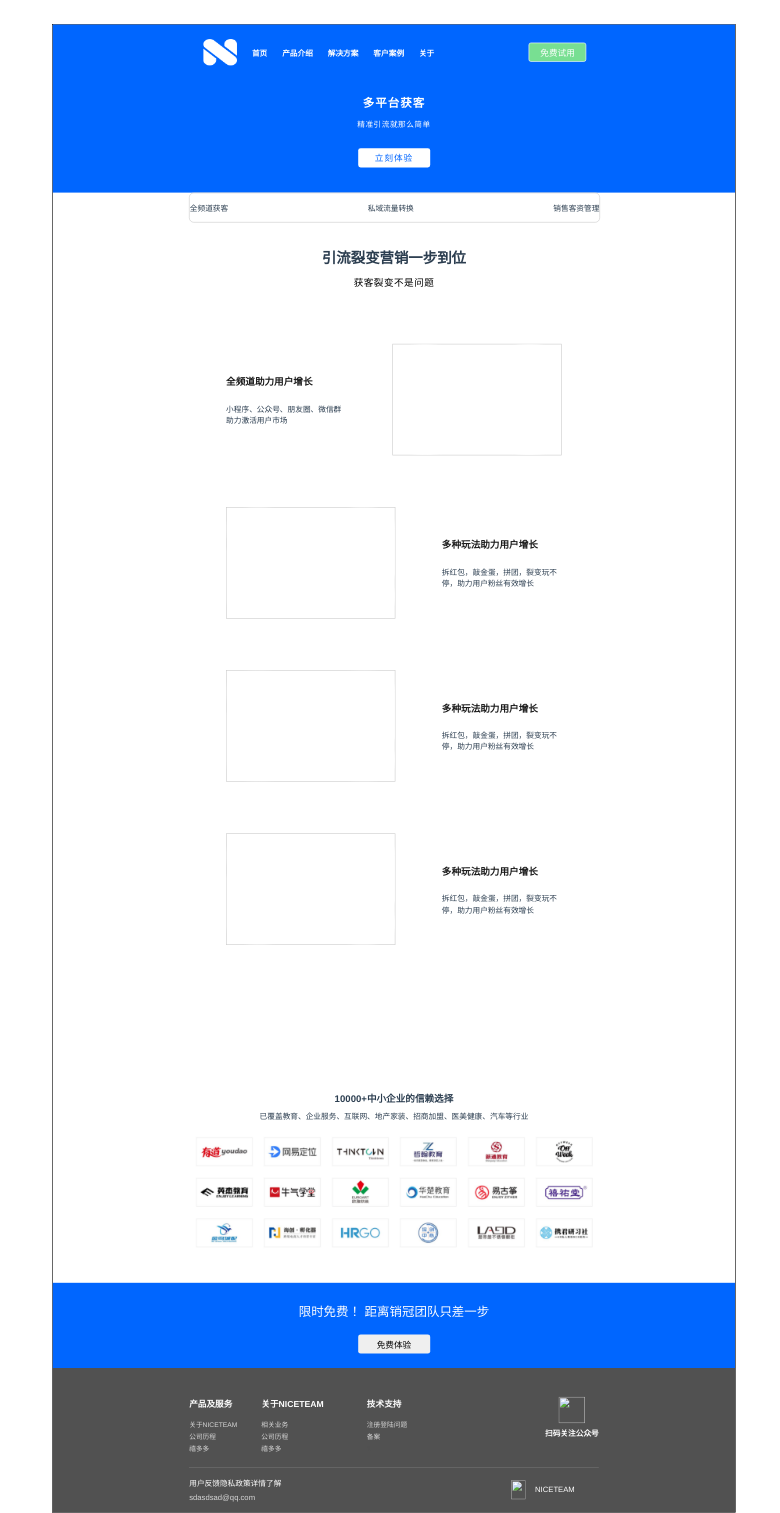
Repository: Alex-2020-0211/xrkj-guanwang
Page: /#/productintroduction (app in src/)
The author's editor kept a copy of each file at every save. The page is drawn from the files as they stood at one save, then again after the next save.
The browser window is 1280 px wide. The page is 1300 px wide, so the pictures cover 1300 px, including what lies to the right of the window. The pictures show the whole page, at 60% of full size.
The project was rebuilt for these pictures with package versions that can differ from the ones it lists, and the page was loaded fresh each time. Also part of the build but not shown: src/src/components/Header.vue, src/src/views/Home.vue.

Above is the page before, as saved 2021-01-07 18:12:32.

### src/public/index.html
<!DOCTYPE html>
<html lang="en">
  <head>
    <meta charset="utf-8">
    <meta http-equiv="X-UA-Compatible" content="IE=edge">
    <meta name="viewport" content="width=device-width,initial-scale=1.0">
    <link rel="icon" href="<%= BASE_URL %>favicon.ico">
    <title><%= htmlWebpackPlugin.options.title %></title>
  </head>
  <body>
    <noscript>
      <strong>We're sorry but <%= htmlWebpackPlugin.options.title %> doesn't work properly without JavaScript enabled. Please enable it to continue.</strong>
    </noscript>
    <div id="app"></div>
    <!-- built files will be auto injected -->
  </body>
  <script>
    (function(){
      var html = document.documentElement;
      function onWindowResize(){
        html.style.fontSize = html.getBoundingClientRect().width / 16 + 'px';
      }
      window.addEventListener('resize',onWindowResize);
      onWindowResize();
    })();
  </script>
</html>

### src/src/main.js
import Vue from 'vue'
import { Image, Carousel, CarouselItem, Popover, Button } from 'element-ui'
import App from './App.vue'
import router from './router'
import store from './store'

import "../src/assets/css/reset.css"

Vue.use( Image )
Vue.use( Carousel )
Vue.use( CarouselItem )
Vue.use( Popover )
Vue.use( Button )

Vue.config.productionTip = false

new Vue({
  router,
  store,
  render: h => h(App)
}).$mount('#app')

### src/src/App.vue
<template>
  <div id="app" v-cloak>
    <router-view />
  </div>
</template>

<style lang="scss">
[v-cloak] {
  display: none !important;
}
html {
  width: 100%;
  height: 100%;
}
body {
  width: 100%;
  height: 100%;
}
#app {
  font-family: Avenir, Helvetica, Arial, sans-serif;
  -webkit-font-smoothing: antialiased;
  -moz-osx-font-smoothing: grayscale;
  text-align: center;
  color: #2c3e50;
  width: 100%;
  height: 100%;
}
</style>

### src/src/router/index.js
import Vue from 'vue'
import VueRouter from 'vue-router'
import Home from '../views/Home.vue'

Vue.use(VueRouter)

const routes = [{
    path: '/',
    name: 'Home',
    component: Home
  },
  {
    path: '/productintroduction',
    name: 'ProductIntroduction',
    component: () => import( /* webpackChunkName: "about" */ '../views/ProductIntroduction.vue')
  },
  {
    path: '/solutions',
    name: 'Solutions',
    component: () => import( /* webpackChunkName: "about" */ '../views/solutions/Solutions.vue'),
  },
  {
    path: '/getcustomer', //以“/”开头的嵌套路径会被当作根路径，所以子路由上不用加“/”;在生成路由时，主路由上的path会被自动添加到子路由之前，所以子路由上的path不用在重新声明主路由上的path了。
    name: 'GetCustomer',
    component: () => import( /* webpackChunkName: "about" */ '../views/solutions/GetCustomer.vue')
  },
  // {
  //   path: '/connect',
  //   name: 'Connect',
  //   component: () => import( /* webpackChunkName: "about" */ '../views/solutions/Connect.vue')
  // },
  {
    path: '/transform',
    name: 'Transform',
    component: () => import( /* webpackChunkName: "about" */ '../views/solutions/Transform.vue')
  },
  {
    path: '/manage',
    name: 'Manage',
    component: () => import( /* webpackChunkName: "about" */ '../views/solutions/Manage.vue')
  },
  {
    path: '/customercase',
    name: 'CustomerCase',
    component: () => import( /* webpackChunkName: "about" */ '../views/CustomerCase.vue')
  },
  {
    path: '/aboutus',
    name: 'AboutUs',
    component: () => import( /* webpackChunkName: "about" */ '../views/AboutUs.vue')
  },
  {
    path: '*',
    name: 'NotFound',
    component: () => import( /* webpackChunkName: "about" */ '../views/NotFound.vue')
  },
]

const router = new VueRouter({
  routes
})

export default router

### src/src/assets/css/reset.css
html {
    overflow-x: auto;
    overflow-y: scroll;
}

body,
dl,
dt,
dd,
ul,
ol,
li,
pre,
form,
fieldset,
input,
p,
blockquote,
th,
td {
    font-weight: 400;
    margin: 0;
    padding: 0;
}

h1,
h2,
h3,
h4,
h4,
h5 {
    margin: 0;
    padding: 0;
}

body {
    background-color: #FFFFFF;
    color: #666666;
    font-family: Helvetica, Arial, sans-serif;
    font-size: 12px;
    padding: 0 10px;
    text-align: left;
}

select {
    font-size: 12px;
}

table {
    border-collapse: collapse;
}

fieldset,
img {
    border: 0 none;
}

fieldset {
    margin: 0;
    padding: 0;
}

fieldset p {
    margin: 0;
    padding: 0 0 0 8px;
}

legend {
    display: none;
}

address,
caption,
em,
strong,
th,
i {
    font-style: normal;
    font-weight: 400;
}

table caption {
    margin-left: -1px;
}

hr {
    border-bottom: 1px solid #FFFFFF;
    border-top: 1px solid #E4E4E4;
    border-width: 1px 0;
    clear: both;
    height: 2px;
    margin: 5px 0;
    overflow: hidden;
}

ol,
ul {
    list-style-image: none;
    list-style-position: outside;
    list-style-type: none;
}

caption,
th {
    text-align: left;
}

q:before,
q:after,
blockquote:before,
blockquote:after {
    content: ””;
}

### src/src/views/ProductIntroduction.vue
<template>
  <div class="productintroduction">
    <div class="border">
      <!-- 头部 -->
      <div class="header">
        <div class="headerTop">
          <p class="bar">
            <img class="logo" src="../assets/img/logo.png" alt />
            <a href="http://localhost:8080/#/">首页</a>
            <a href="http://localhost:8080/#/productintroduction">产品介绍</a>
            <a href="http://localhost:8080/#/solutions">解决方案</a>
            <a href="http://localhost:8080/#/customercase">客户案例</a>
            <a href="http://localhost:8080/#/aboutus">关于</a>
          </p>
          <button class="mianfei">免费试用</button>
        </div>
        <div class="headerMain">
          <div class="theme">
            <dl>
              <dt>多平台获客</dt>
              <dd>精准引流就那么简单</dd>
            </dl>
            <button class="knowMore" @click="goAbout()">立刻体验</button>
          </div>
        </div>
      </div>
      <!-- 导航 -->
      <div class="nav">
        <div class="nav-item">
          <p class="nav-circle"></p>
          <span>全频道获客</span>
        </div>
        <div class="nav-item">
          <p class="nav-circle"></p>
          <span>私域流量转换</span>
        </div>
        <div class="nav-item">
          <p class="nav-circle"></p>
          <span>销售客资管理</span>
        </div>
      </div>
      <!-- OneStop -->
      <div class="oneStop">
        <div class="top">
          <h5>引流裂变营销一步到位</h5>
          <p class="question">
            获客裂变不是问题
          </p>
          <div class="case">
            <dl>
              <dt>全频道助力用户增长</dt>
              <dd>小程序、公众号、朋友圈、微信群助力激活用户市场</dd>
            </dl>
            <img src="../assets/img/logo.png" />
          </div>
          <div class="case">
            <img src="../assets/img/logo.png" />
            <dl>
              <dt>多种玩法助力用户增长</dt>
              <dd>拆红包，敲金蛋，拼团，裂变玩不停，助力用户粉丝有效增长</dd>
            </dl>
          </div>
          <div class="case">
            <img src="../assets/img/logo.png" />
            <dl>
              <dt>多种玩法助力用户增长</dt>
              <dd>拆红包，敲金蛋，拼团，裂变玩不停，助力用户粉丝有效增长</dd>
            </dl>
          </div>
          <div class="case">
            <img src="../assets/img/logo.png" />
            <dl>
              <dt>多种玩法助力用户增长</dt>
              <dd>拆红包，敲金蛋，拼团，裂变玩不停，助力用户粉丝有效增长</dd>
            </dl>
          </div>
        </div>
        <div class="bottom">
          <div class="comer">
            <dl>
              <dt>10000+中小企业的信赖选择</dt>
              <dd>
                已覆盖教育、企业服务、互联网、地产家装、招商加盟、医美健康、汽车等行业
              </dd>
            </dl>
            <img src="../assets/img/comer.png" alt="" />
          </div>
        </div>
      </div>
      <!-- 底部 -->
      <Footer :footerData="footerData" />
    </div>
  </div>
</template>

<script>
// import Header from "../components/Header";
import Footer from "../components/Footer";

export default {
  name: "ProductIntroduction",
  components: {
    // Header,
    Footer,
  },
  data() {
    return {
      url: require("../assets/img/fuli.png"),
      headerData: {
        free: "免费试用",
        title: "管理也能玩出味 ?",
        content: "",
        detail:
          "NICETEAM : 让管理不再沉闷，工作玩味不停，全国上千家中小企业的销售福星",
        immediately: "立即咨询",
        path: "1",
      },
      footerData: {
        title: "限时免费！ 距离销冠团队只差一步",
      },
    };
  },
  methods: {
    goAbout() {
      this.$router.replace("/aboutus");
    },
  },
};
</script>

<style lang="scss" scoped>
.productintroduction {
  font-size: 0.16rem;
  .border {
    width: 88.88%;
    margin-top: 0.5rem;
    margin-left: 6%;
    border: 0.01rem solid #000;
    // 头部
    .header {
      width: 100%;
      height: 3.5rem;
      color: #fff;
      background-color: #06f;
      .headerTop {
        width: 60%;
        margin-left: 21%;
        padding-top: 0.3rem;
        display: flex;
        justify-content: space-between;
        align-items: center;
        .logo {
          width: 0.7rem;
          height: 0.55rem;
        }
        .bar {
          width: 60%;
          font-weight: bold;
          display: flex;
          justify-content: space-around;
          align-items: center;
          a {
            text-decoration: none;
          }
          a:link {
            color: #fff;
          }
          a:visited {
            color: #fff;
          }
        }
        .mianfei {
          width: 1.2rem;
          height: 0.4rem;
          font-size: 0.18rem;
          color: #fff;
          border: 0.01rem solid #fff;
          border-radius: 0.05rem;
          background-color: #78df92;
          margin-right: 0.4rem;
          outline: none;
        }
        .mianfei:active {
          border: 0.01rem solid #06f;
        }
      }
      .headerMain {
        width: 60%;
        height: 2.7rem;
        margin-left: 20%;
        display: flex;
        justify-content: space-around;
        align-items: center;
        dl {
          dt {
            font-size: 0.24rem;
            font-weight: bold;
            text-align: center;
            margin-bottom: 0.15rem;
            letter-spacing: 0.02rem;
          }
          dd {
            font-size: 0.16rem;
            letter-spacing: 0.01rem;
            text-align: left;
            margin-bottom: 0.4rem;
          }
        }
        .knowMore {
          width: 1.5rem;
          height: 0.4rem;
          color: #06f;
          font-size: 0.18rem;
          letter-spacing: 0.02rem;
          background-color: #fff;
          border: 0;
          border-radius: 0.05rem;
        }
      }
    }
    // 导航
    .nav{
      width: 60%;
      margin-left: 20%;
      height: 0.6rem;
      display: flex;
      justify-content: space-between;
      align-items: center;
      border: 0.01rem solid #ccc;
      border-radius: 0.1rem;
    }
    // OneStop
    .oneStop {
      .top {
        h5 {
          font-size: 0.3rem;
          display: block;
          padding-top: 0.5rem;
          padding-bottom: 0.15rem;
        }
        .question {
          width: 40%;
          margin-left: 30%;
          color: #000;
          font-size: 0.2rem;
          margin-bottom: 0.6rem;
          letter-spacing: 0.01rem;
        }
        .case {
          width: 56%;
          margin-left: 22%;
          height: 3.4rem;
          display: flex;
          justify-content: space-around;
          align-items: center;
          img {
            width: 3.5rem;
            height: 2.3rem;
            border: 1px solid #ccc;
          }
          dl {
            height: 40%;
            display: flex;
            flex-direction: column;
            justify-content: space-around;
            dt {
              text-align: left;
              font-size: 0.2rem;
              font-weight: bold;
              color: #1b1b1b;
            }
            dd {
              width: 2.5rem;
              text-align: left;
            }
          }
        }
      }
      .bottom {
        margin-top: 2.5rem;
        margin-bottom: 0.5rem;
        .comer {
          margin-top: 0.15rem;
          dl {
            margin-bottom: 0.2rem;
            dt {
              font-size: 0.2rem;
              font-weight: bold;
              margin-bottom: 0.1rem;
            }
          }
          img {
            width: 8.6rem;
          }
        }
      }
    }
  }
}
</style>

### src/src/components/Footer.vue
<template>
  <div class="footer">
    <div class="footerTop">
      <h5>{{ footerData.title }}</h5>
      <button>免费体验</button>
    </div>
    <div class="footerBottom">
      <div class="detail">
        <div class="left">
          <dl>
            <dt>产品及服务</dt>
            <dd>关于NICETEAM</dd>
            <dd>公司历程</dd>
            <dd>禧多多</dd>
          </dl>
          <dl>
            <dt>关于NICETEAM</dt>
            <dd>相关业务</dd>
            <dd>公司历程</dd>
            <dd>禧多多</dd>
          </dl>
          <dl class="jishu">
            <dt>技术支持</dt>
            <dd>注册登陆问题</dd>
            <dd style="margin-bottom: 0.09rem;">备案</dd>
            <dd style="color: #515151">1</dd>
          </dl>
        </div>
        <div class="right">
          <img src="" alt="" />
          <p>扫码关注公众号</p>
        </div>
      </div>
      <p class="line"></p>
      <div class="bottom">
        <dl>
          <dt>
            <span>用户反馈</span><span>隐私政策</span><span>详情了解</span>
          </dt>
          <dd>sdasdsad@qq.com</dd>
        </dl>
        <p><img src="" alt="" /><span>NICETEAM</span></p>
      </div>
    </div>
  </div>
</template>

<script>
export default {
  name: "Footer",
  props: {
    footerData: {
      type: Object,
    },
  },
  data() {
    return {};
  },
  methods: {},
};
</script>

<style scoped lang="scss">
// 底部
.footer {
  height: 4.78rem;
  .footerTop {
    height: 1.78rem;
    background-color: #06f;
    h5 {
      font-size: 0.26rem;
      font-weight: normal;
      color: #fff;
      padding-top: 0.4rem;
      padding-bottom: 0.3rem;
    }
    button {
      // display: flex;
      width: 1.5rem;
      height: 0.4rem;
      line-height: 0.4rem;
      font-size: 0.18rem;
      border: 0;
      border-radius: 0.05rem;
    }
  }
  .footerBottom {
    height: 3rem;
    background-color: #515151;
    color: #fff;
    .detail {
      width: 60%;
      margin-left: 20%;
      padding-top: 0.6rem;
      display: flex;
      justify-content: space-between;
      .left {
        dl {
          display: inline-block;
          margin-right: 0.5rem;
          dt {
            font-weight: bold;
            font-size: 0.18rem;
            text-align: left;
            margin-bottom: 0.2rem;
          }
          dd {
            text-align: left;
            font-size: 0.14rem;
            margin-bottom: 0.05rem;
            color: #d7d7d7;
          }
        }
        .jishu {
          margin-left: 0.4rem;
        }
      }
      .right {
        img {
          width: 0.55rem;
          height: 0.55rem;
        }
        p {
          font-weight: bold;
          margin-top: 0.05rem;
        }
      }
    }
    .line {
      width: 60%;
      margin-left: 20%;
      border-bottom: 0.02rem solid #727272;
      margin-top: 0.25rem;
      margin-bottom: 0.2rem;
    }
    .bottom {
      width: 60%;
      margin-left: 20%;
      display: flex;
      justify-content: space-between;
      dl {
        dt {
          margin-bottom: 0.08rem;
        }
        dd {
          text-align: left;
          color: #d7d7d7;
        }
      }
      p {
        margin-right: 0.5rem;
        display: flex;
        align-items: center;
        img {
          width: 0.3rem;
          height: 0.4rem;
          margin-right: 0.2rem;
        }
      }
    }
  }
}
</style>

Loaded but not shown: src/src/store/index.js (common file)

After the next save:
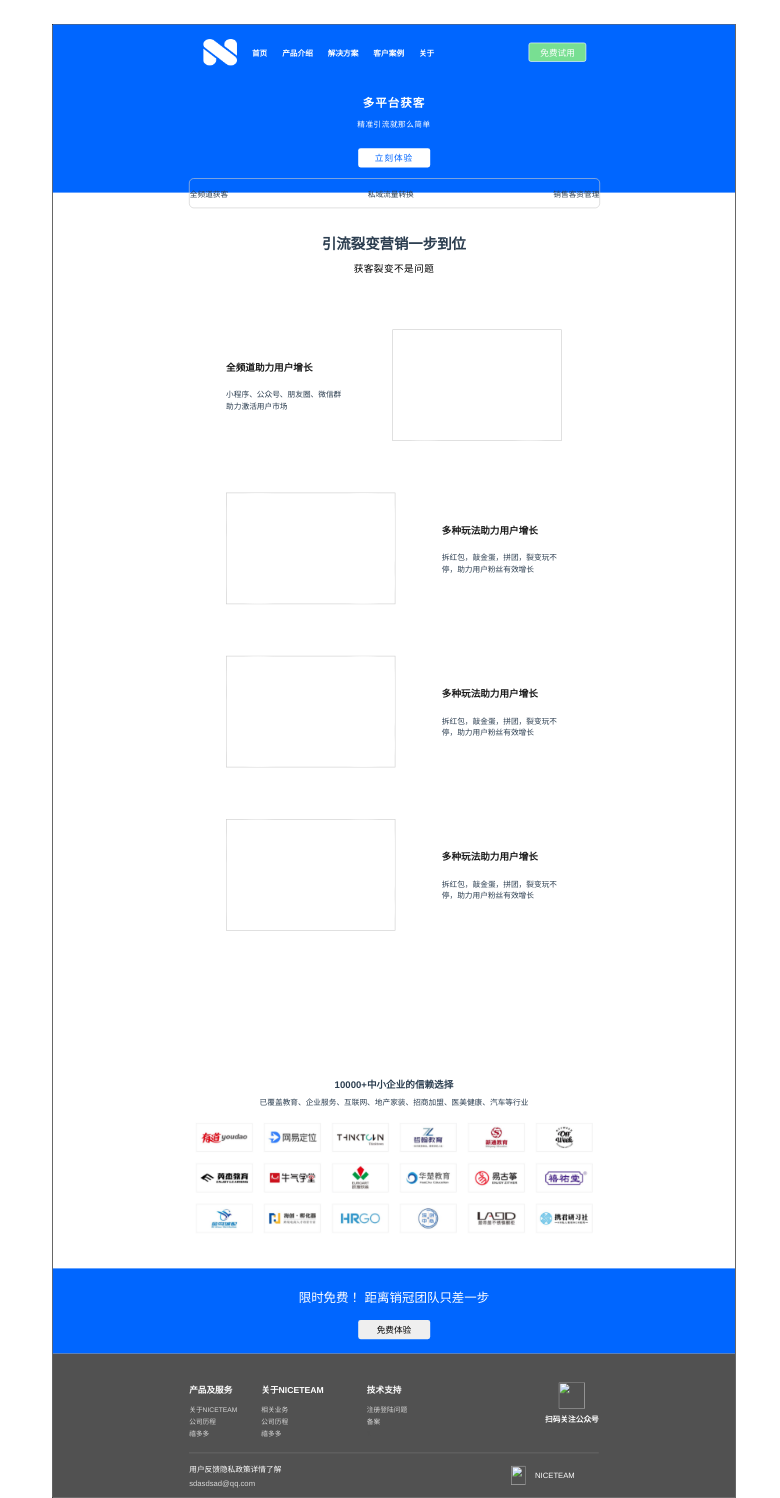
Saved 18 s later.
--- a/src/src/views/ProductIntroduction.vue
+++ b/src/src/views/ProductIntroduction.vue
@@ -222,6 +222,7 @@
     .nav{
       width: 60%;
       margin-left: 20%;
+      margin-top: -0.3rem;
       height: 0.6rem;
       display: flex;
       justify-content: space-between;
